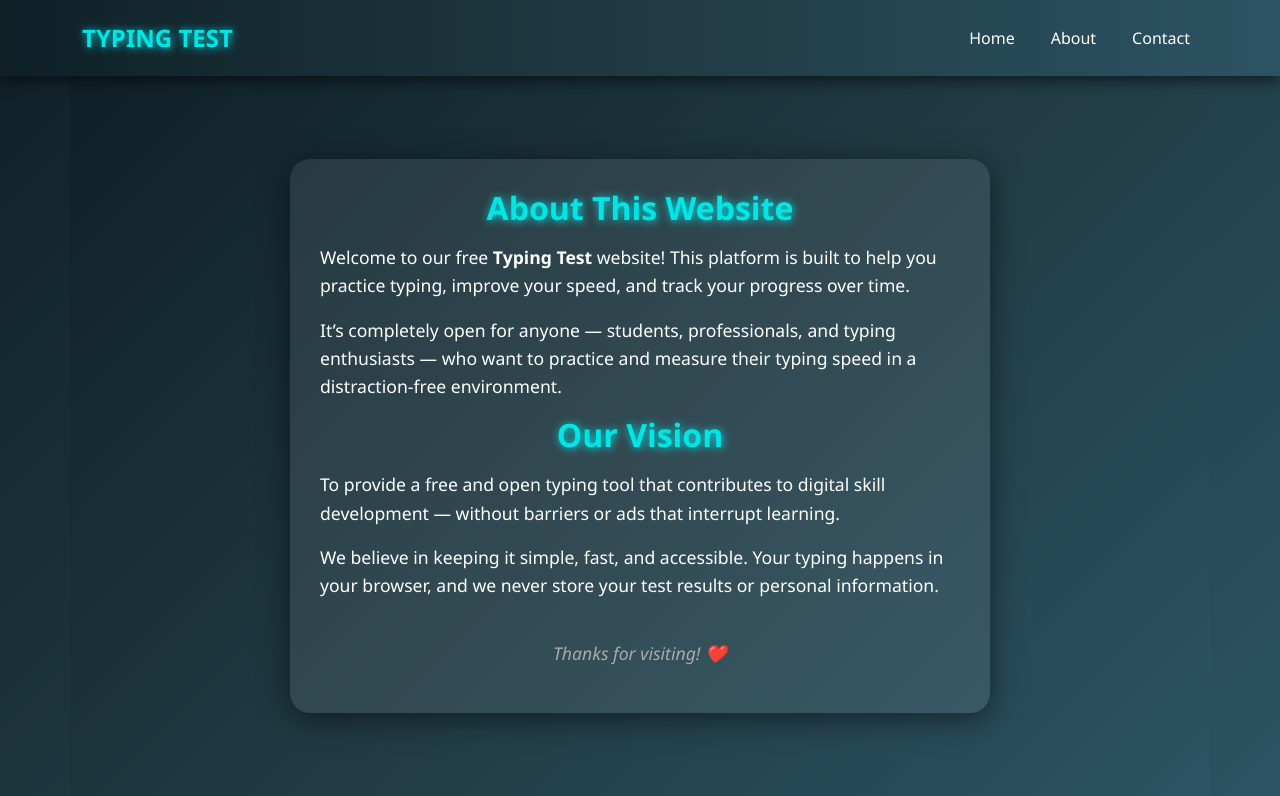
Repository: SHAHZADcodr/typing-test-react
Page: /about
An editor plug-in stored every save of this project. The page is shown before and after the next save, followed by the edit.
The browser window is 1280 px wide. The pictures show the whole page.
The project was rebuilt for these pictures with package versions that can differ from the ones it lists, and the page was loaded fresh each time. Also part of the build but not shown: src/customCss/Home.css, src/pages/Home.jsx, src/customCss/Contact.css, src/pages/Contact.jsx, src/customCss/Game.css, src/pages/Game.jsx, src/customCss/GameOver.css, src/pages/GameOver.jsx. Imported but missing from the stored project, and not drawn on this page: src/assets/background.mp3, src/assets/pop.mp3.

Above is the page before, as saved 2025-04-09 15:38:11.

### src/index.js
import React from 'react';
import "bootstrap/dist/css/bootstrap.min.css";
import ReactDOM from 'react-dom/client';
import './index.css';
import App from './App';
import { BrowserRouter } from 'react-router-dom';
import reportWebVitals from './reportWebVitals';

const root = ReactDOM.createRoot(document.getElementById('root'));
root.render(
  <React.StrictMode>
    <BrowserRouter>
      <App />
    </BrowserRouter>
  </React.StrictMode>
);

// If you want to start measuring performance in your app, pass a function
// to log results (for example: reportWebVitals(console.log))
// or send to an analytics endpoint. Learn more: https://bit.ly/CRA-vitals
reportWebVitals();

### src/index.css
body {
  margin: 0;
  background: linear-gradient(135deg, #0f2027,
  #203a43, #2c5364);
}

### src/App.js
import {Routes,Route} from "react-router-dom";
import './App.css';
//pages
import Home  from "./pages/Home";
import About from "./pages/About";
import Contact from "./pages/Contact";
import Game from "./pages/Game";
import GameOver from "./pages/GameOver";

//components
import Navigation from "./components/Navbar";

function App() {
  return (
    <>
    <Navigation/>
    <Routes>
      <Route path="/" element={<Home/>}/>
      <Route path="*" element={<Home/>}/>
      <Route path="/about" element={<About/>}/>
      <Route path="/contact" element={<Contact/>}/>
      <Route path="/game" element={<Game/>}/>
      <Route path="/gameOver" element={<GameOver/>}/>

    </Routes>
    </>

  );
}

export default App;

### src/App.css
.custom-navbar {
  background: linear-gradient(to right, #0f2027, #203a43, #2c5364) !important;
  padding: 15px 20px;
  box-shadow: 0 4px 15px rgba(0, 0, 0, 0.6);
  font-family: 'Segoe UI', Tahoma, Geneva, Verdana, sans-serif;
}

.custom-navbar .navbar-brand {
  color: #00e6e6 !important;
  font-weight: bold;
  font-size: 1.5rem;
  text-shadow: 1px 1px 8px #00e6e6;
}

.custom-navbar .nav-link {
  color: #ffffff !important;
  margin-left: 20px;
  transition: color 0.3s ease, transform 0.2s ease;
  font-weight: 500;
}

.custom-navbar .nav-link:hover {
  color: #00e6e6 !important;
  transform: scale(1.05);
  text-shadow: 0 0 5px #00e6e6;
}

.custom-navbar .navbar-toggler {
  background-color: #00e6e6;
}

### src/pages/About.jsx
import React from 'react';
import { Container, Card } from 'react-bootstrap';
import '../customCss/About.css'; // Make sure the path is correct

const About = () => {
  return (
    <Container className="about-container">
      <Card className="about-card">
        <h2 className="mb-3 text-center">About This Website </h2>
        <p>
          Welcome to our free <strong>Typing Test</strong> website! This platform is built to help you practice typing, improve your speed, and track your progress over time.
        </p>
        <p>It’s completely open for anyone — students, professionals, and typing enthusiasts — who want to practice and measure their typing speed in a distraction-free environment.</p>

  <h2 className="mb-3 text-center">Our Vision</h2>
  <p>To provide a free and open typing tool that contributes to digital skill development — without barriers or ads that interrupt learning.</p>
         <p>We believe in keeping it simple, fast, and accessible. Your typing happens in your browser, and we never store your test results or personal information.</p>

        <p className="text-muted text-center mt-4">Thanks for visiting! ❤️</p>
      </Card>
    </Container>
  );
};

export default About;

### src/components/Navbar.jsx
import React from 'react';
import { Navbar, Nav, Container } from 'react-bootstrap';
import { Link } from 'react-router-dom';
import '../App.css'; // Make sure this path is correct

const Navigation = () => {
  return (
    <Navbar expand="lg" className="custom-navbar" variant="dark">
      <Container>
        <Navbar.Brand as={Link} to="/">TYPING TEST</Navbar.Brand>
        <Navbar.Toggle aria-controls="basic-navbar-nav" />
        <Navbar.Collapse id="basic-navbar-nav">
          <Nav className="ms-auto">
            <Nav.Link as={Link} to="/">Home</Nav.Link>
            <Nav.Link as={Link} to="/about">About</Nav.Link>
            <Nav.Link as={Link} to="/contact">Contact</Nav.Link>
          </Nav>
        </Navbar.Collapse>
      </Container>
    </Navbar>
  );
};

export default Navigation;

### src/customCss/About.css
.about-container {
    min-height: 100vh;
    background: linear-gradient(135deg, #0f2027, #203a43, #2c5364);
    display: flex;
    align-items: center;
    justify-content: center;
    padding: 40px 20px;
    font-family: 'Segoe UI', Tahoma, Geneva, Verdana, sans-serif;
    color: #ffffff;
  }

  .about-card {
    background-color: rgba(255, 255, 255, 0.08);
    border: none;
    border-radius: 20px;
    padding: 30px;
    box-shadow: 0 6px 30px rgba(0, 0, 0, 0.5);
    max-width: 700px;
    width: 100%;
    color: #ffffff;
  }

  .about-card h2 {
    color: #00e6e6;
    text-shadow: 1px 1px 8px #00e6e6;
    font-weight: bold;
  }

  .about-card p {
    font-size: 1.1rem;
    line-height: 1.6;
  }

  .about-card .text-muted {
    color: #aaa !important;
    font-style: italic;
  }

Loaded but not shown: public/index.html (common file); src/reportWebVitals.js (common file)

After the next save:
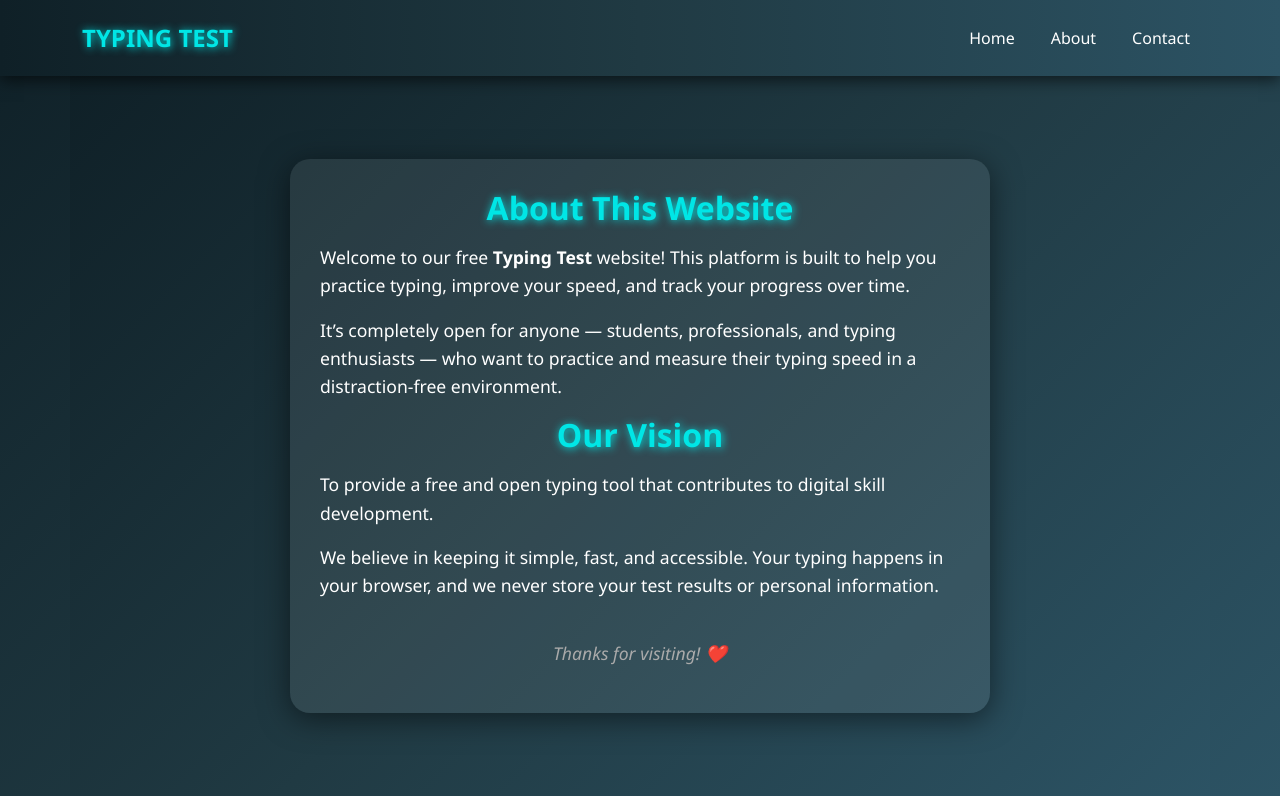
Saved 46 s later.
--- a/src/pages/About.jsx
+++ b/src/pages/About.jsx
@@ -13,7 +13,7 @@ const About = () => {
         <p>It’s completely open for anyone — students, professionals, and typing enthusiasts — who want to practice and measure their typing speed in a distraction-free environment.</p>
 
   <h2 className="mb-3 text-center">Our Vision</h2>
-  <p>To provide a free and open typing tool that contributes to digital skill development — without barriers or ads that interrupt learning.</p>
+  <p>To provide a free and open typing tool that contributes to digital skill development.</p>
          <p>We believe in keeping it simple, fast, and accessible. Your typing happens in your browser, and we never store your test results or personal information.</p>
 
         <p className="text-muted text-center mt-4">Thanks for visiting! ❤️</p>
